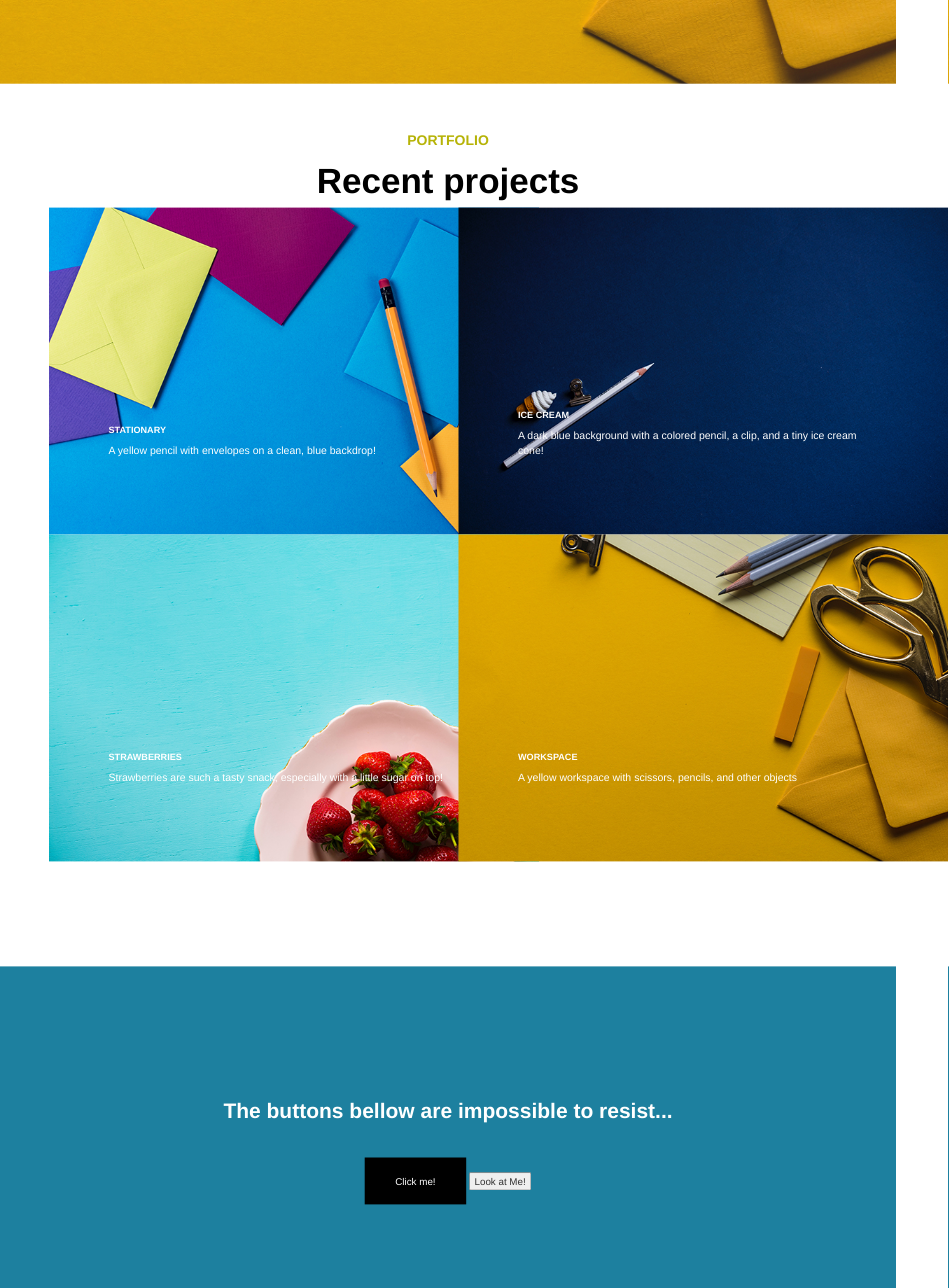
Repository: codin-full-stack/tomasz
Page: http://localhost/tomasz/portfolio/index.php
These files come from the project's save history. The page is drawn as it stood at one moment and after the next save; the edit follows.
The browser window is 1280 px wide. The page is 1355 px wide, so the pictures cover 1355 px, including what lies to the right of the window. The pictures show the part of the page from y = 2312 to 4152 px (the page is 4152 px tall), at 70% of full size.
Some web libraries are served in a nearby version. The page is run by PHP 8.4 with error messages shown; the project is at /var/www/html/.

Above is the page before, as saved 2018-10-23 09:30:11.

### portfolio/index.php
<!DOCTYPE html>
<html lang="en">
  <head>
    <meta charset="utf-8">
    <meta name="viewport" content="width=device-width, initial-scale=1, shrink-to-fit=no">
    <link rel="stylesheet" href="styles.css">
    <!-- Latest compiled and minified CSS -->
    <link rel="stylesheet" href="https://maxcdn.bootstrapcdn.com/bootstrap/3.3.7/css/bootstrap.min.css">
    <link rel="stylesheet" href="https://use.fontawesome.com/releases/v5.4.1/css/all.css" integrity="sha384-5sAR7xN1Nv6T6+dT2mhtzEpVJvfS3NScPQTrOxhwjIuvcA67KV2R5Jz6kr4abQsz" crossorigin="anonymous">
    <!-- jQuery library -->
    <script src="https://ajax.googleapis.com/ajax/libs/jquery/3.3.1/jquery.min.js"></script>
    <!-- Latest compiled JavaScript -->
    <script src="https://maxcdn.bootstrapcdn.com/bootstrap/3.3.7/js/bootstrap.min.js"></script>
  </head>

<body>
    <section class="first">
      <div class="container-fluid flex">
        <div class="textbox">
        <h1 class="maintext">Stylish portfolio</h1>
        <h2 class="secondtext"><i>A free Bootstrap Theme by Start Bootstrap</i></h2>
        <button class="button">Find Out More</button>
        </div>
      </div>
    </section>

    <section class="second">
      <div class="container-fluid flex">
        <div class="textbox2">
          <h1 class="maintext2">Stylish portfolio is the perfect theme for your next project!</h1>
          <h2 class="secondtext2"><i>This theme features is flexible, UX friendly sidebar menu and stock photos from your friends at Unsplash!</i></h2>
          <button class="button2">What We Offer</button>
        </div>
      </div>
    </section>

    <section class="third">
      <div class="container flex">
        <div class="textbox3">
        <h2 class="secondtext3">SERVICES</h2>
        <h1 class="maintext3">What We Offer</h1>
          <div class="row">
              <div class="col-md-3">
                <div class="iconframe"></div>
                <p class="maintext4">Responsive</p>
                <p class="secondtext4">Looks great on any screen size!</p>
              </div>
              <div class="col-md-3">
              <div class="iconframe"></div>
                <p class="maintext4">Redesigned</p>
                <p class="secondtext4">Freshly design for Boostrap 4.</p>
              </div>
              <div class="col-md-3">
                <div class="iconframe"></div>
                  <p class="maintext4">Favorited</p>
                  <p class="secondtext4">Million of users (icon) Boostrap!</p>

              </div>
              <div class="col-md-3">
                <div class="iconframe"></div>
                  <p class="maintext4">Question</p>
                  <p class="secondtext4">I mustache you a question..</p>
              </div>
            </div>
        </div>
      </div>
    </section>

        <section class="fourth">
      <div class="container-fluid flex">
        <div class="textbox4">
        <h1 class="maintext5">Welcome to your next Website!</h1>
        <button class="button">Download now</button>
        </div>
      </div>
    </section>

<section class="fifth">
      <div class="container flex">
        <div class="textbox5">
        <h2 class="secondtext5">PORTFOLIO</h2>
        <h1 class="maintext5">Recent projects</h1>
          <div class="row">
              <div class="col-md-6">
                <img src="images/portfolio-1.jpg" alt="">
                  <div class="photobox">
                  <h2 class="maintext6">STATIONARY</h2>
                  <p class="secondtext6">A yellow pencil with envelopes on a clean, blue backdrop!</p>
                  </div>
              </div>
              <div class="col-md-6">
              <img src="images/portfolio-2.jpg" alt="">
                <div class="photobox">
                  <h2 class="maintext6">ICE CREAM</h2>
                  <p class="secondtext6">A dark blue background with a colored pencil, a clip, and a tiny ice cream cone!</p>
                </div>
              </div>
            </div>
            <div class="row">
              <div class="col-md-6">
              <img src="images/portfolio-3.jpg" alt="">
                <div class="photobox">
                  <h2 class="maintext6">STRAWBERRIES</h2>
                  <p class="secondtext6">Strawberries are such a tasty snack, especially with a little sugar on top!</p>
                </div>
              </div>
              <div class="col-md-6">
                <img src="images/portfolio-4.jpg" alt="">
                  <div class="photobox">
                    <h2 class="maintext6">WORKSPACE</h2>
                    <p class="secondtext6">A yellow workspace with scissors, pencils, and other objects</p>
                </div>
              </div>
            </div>
        </div>
      </div>
    </section>


    <section class="seventh">
      <div class="container-fluid flex">
        <div class="textbox7">
          <h1 class="maintext7">The buttons bellow are impossible to resist...</h1>
          <button class="button7-1">Click me!</button>
          <button class="button7-2">Look at Me!</button>
        </div>
      </div>
    </section>




</body>



























</html>

### portfolio/styles.css
body {
    /* width: 100vw;
    height: 100vh; */
}

.first {
    height: 100vh;
    display: flex;
    width: 100%;
    background-image: url("images/bg-masthead.jpg");
    background-position: left;
    background-repeat: no-repeat;
    background-size: cover;
}

.second {
    padding: 120px 0;
    background-color: #ffffff;

}
.third {
    background-color: #1d809f;
    height: 550px;
}

.fourth {
    height: 100vh;
    background-image: url("images/bg-callout.jpg");
    background-position: left;
    background-repeat: no-repeat;
    background-size: cover;
}
.fifth {
    padding-bottom: 150px;

}
.seventh {
    padding: 120px 0;
    background-color: #1d809f;
}

.textbox {
    width: 650px;
    align-self: center;
    text-align: center;
    margin: 0 auto;
}
.textbox2 {

    width: 840px;
    align-self: center;
    text-align: center;
    margin: 0 auto;
}

.textbox3 {
    padding-top: 100px;
    align-self: center;
    text-align: center;
    margin: 0 auto;
}
.textbox4 {
    padding-top: 350px;
    align-self: center;
    text-align: center;
    margin: 0 auto;
}
.textbox5 {
    padding-top: 50px;
    align-self: center;
    text-align: center;
    margin: 0 auto;
}

.textbox7 {
    padding-top: 50px;
    align-self: center;
    text-align: center;
    margin: 0 auto;
}

.first h1 {
    font-size: 85px;
}

.first h2 {
    font-size: 30px;
}

.second h1 {
    font-size: 26px;
    font-weight: 750;
}
.second h2 {
    font-size: 16px;
    font-weight: 750;
}
.third h2 {
    font-size: 20px;
    font-weight: bold;
    color: #b6b307;
}

.third h1 {
    font-size: 50px;
    font-weight: bold;
    color: #ffffff;
}
.fourth h1 {
    font-size: 50px;
    font-weight: bold;
    color: #000000;
}

.maintext4 {
    font-size: 30px;
    font-weight: bold;
    color: #ffffff;
}

.secondtext4 {
    font-size: 20px;
    font-weight: bold;
    color: #bcd4d1;
}

.fifth h2 {
    font-size: 20px;
    font-weight: bold;
    color: #b6b307;
}

.fifth h1 {
    font-size: 50px;
    font-weight: bold;
    color: #000000;
}

.seventh h1 {
    color: #ffffff;
    font-weight: bold;
    font-size: 30px;
}
.photobox h2 {
    color: #ffffff;
    font-size:  13px;
    text-align: left;
}

.photobox p {
    color: #ffffff;
    text-align: left;
    font-size: 15px;
}
.container-fluid {

}

.flex {
    display: flex;
}

.button {
    width: 185px;
    height: 65px;
    background-color: #1d809f;
    border: none;
    color: #ffffff;
    align-self: center;
    margin-top: 40px;
}

.button2 {
    width: 185px;
    height: 65px;
    background-color: #000000;
    border: none;
    color: #ffffff;
    margin-top: 40px;
}

.button7-1 {
    width: 145px;
    height: 67px;
    background-color: #000000;
    border: none;
    color: #ffffff;
    margin-top: 40px;
}

.iconframe {
    height: 120px;
    width: 120px;
    background-color: #ffffff;
    border-radius: 100%;
    display: inline-block;
}

.photobox {
    position: absolute;
    bottom: 100px;
    left: 100px;
}

After the next save:
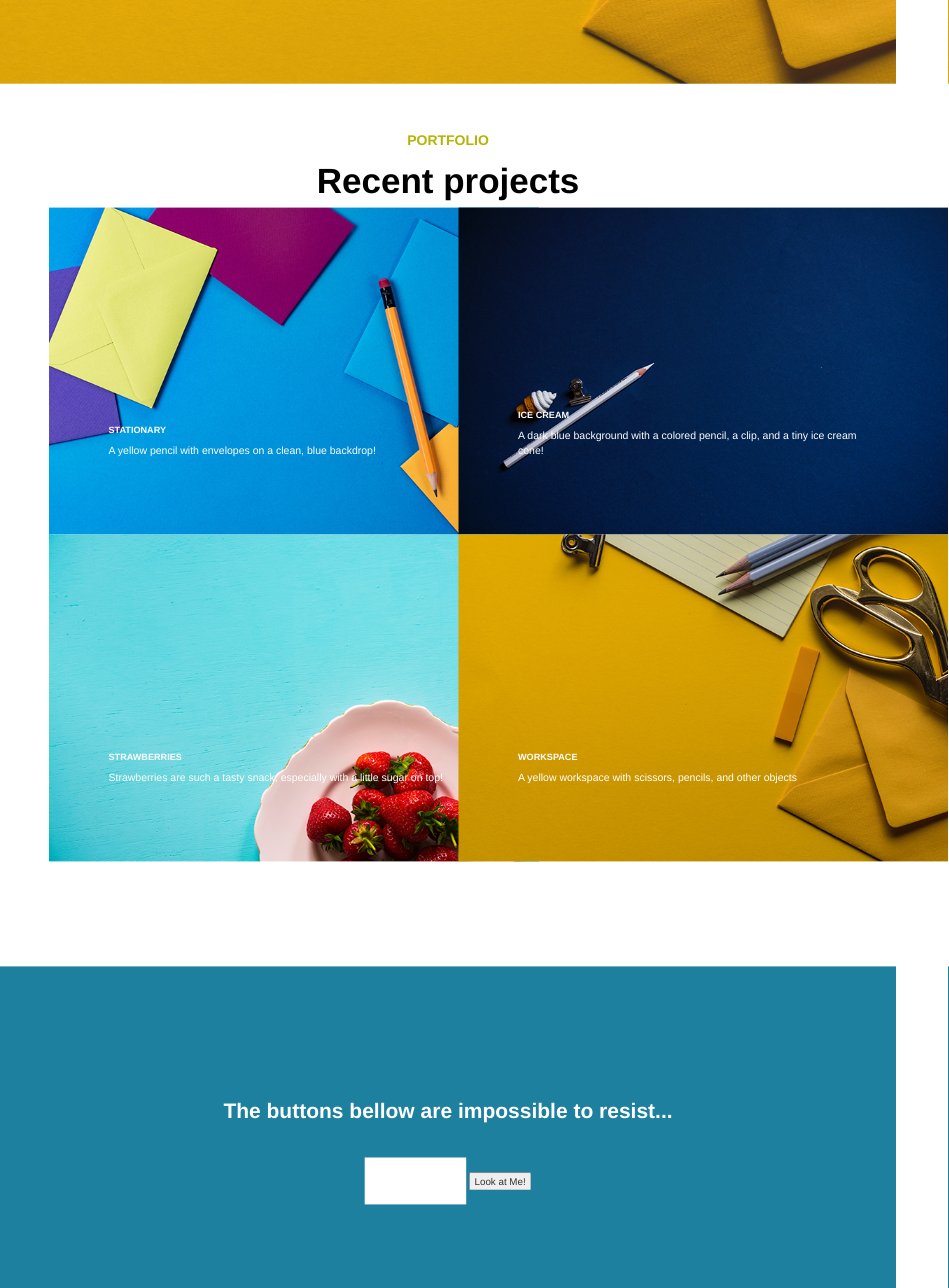
Saved 8 s later.
--- a/portfolio/styles.css
+++ b/portfolio/styles.css
@@ -182,7 +182,7 @@ body {
 .button7-1 {
     width: 145px;
     height: 67px;
-    background-color: #000000;
+    background-color: #ffffff;
     border: none;
     color: #ffffff;
     margin-top: 40px;
